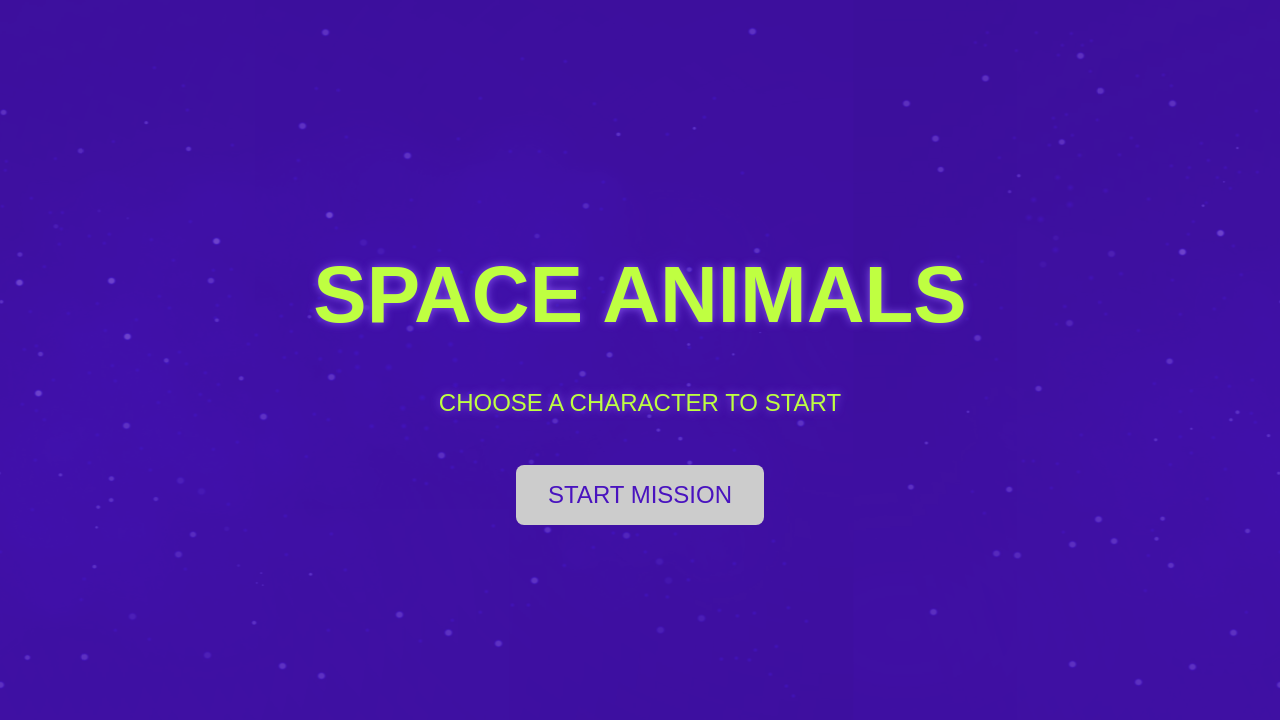
Repository: brunaguarizo/SpaceFarm
Page: index.html
The author's editor kept a copy of each file at every save. The page is drawn from the files as they stood at one save, then again after the next save.
The browser window is 1280 px wide. The pictures show the whole page.
Some web fonts or font styles are not loaded; a fallback is used.

Above is the page before, as saved 2025-04-27 16:25:21.

### index.html
<!DOCTYPE html>
<html lang="en">
    <head>
        <meta charset="UTF-8" />
        <meta
            name="viewport"
            content="width=device-width, initial-scale=1.0" />
        <title>Space Adventure</title>
        <link
            rel="stylesheet"
            href="styles.css" />

        <link
            rel="preconnect"
            href="https://fonts.googleapis.com" />
        <link
            rel="preconnect"
            href="https://fonts.gstatic.com"
            crossorigin />
        <link
            href="https://fonts.googleapis.com/css2?family=Ranchers&display=swap"
            rel="stylesheet" />
    </head>
    <body>
        <div id="game-container">
            <div class="scrolling-background"></div>
            <!-- ----------------------- CHARACTER SELESCTION SCREEN ----------------------- -->
            <div id="character-select">
                <h1>SPACE ANIMALS</h1>
                <div
                    id="instructions-container"
                    class="instructions-box">
                    <h3>HOW TO PLAY</h3>
                    <ul>
                        <li>Use the UP arrow key or W to move up</li>
                        <li>Use the DOWN arrow key or S to move down</li>
                        <li>Avoid colliding with planets</li>
                        <li>Score points by surviving longer</li>
                    </ul>
                    <button id="close-instructions">GOT IT!</button>
                </div>
                <div class="text">CHOOSE A CHARACTER TO START</div>
                <div class="character-options">
                    <div
                        class="character-option"
                        data-character="astronaut">
                        <div class="character-img">
                            <img
                                src="img/dog.png"
                                alt="Space Dog" />
                        </div>
                        <div class="character-label">SPACE DOG</div>
                    </div>
                    <div
                        class="character-option"
                        data-character="alien">
                        <div class="character-img">
                            <img
                                src="img/pig.png"
                                alt="Space Pig" />
                        </div>
                        <div class="character-label">SPACE PIG</div>
                    </div>
                    <div
                        class="character-option"
                        data-character="robot">
                        <div class="character-img">
                            <img
                                src="img/cat.png"
                                alt="Space Cat" />
                        </div>
                        <div class="character-label">SPACE CAT</div>
                    </div>
                </div>
                <button
                    id="confirm-btn"
                    disabled>
                    START MISSION
                </button>
            </div>

            <!-- ----------------------- GAME SCREEN ----------------------- -->

            <div id="game-screen">
                <div id="player"></div>
                <div id="score-container">
                    <div id="score">SCORE: 0</div>
                    <button id="pause-btn">PAUSE</button>
                </div>
            </div>

            <!-- ----------------------- PAUSE SCREEN ----------------------- -->

            <div id="pause-screen">
                <h2>GAME PAUSED</h2>
                <button id="resume-btn">RESUME</button>
            </div>

            <!-- ----------------------- GAME OVER SCREEN ----------------------- -->

            <div id="game-over">
                <h2>GAME OVER</h2>
                <div id="final-score">SCORE: 0</div>
                <button id="restart-btn">PLAY AGAIN</button>
            </div>
        </div>

        <script src="script.js"></script>
    </body>
</html>

### script.js
// Game variables
let selectedCharacter = "";
let score = 0;
let playerElement;
let gameRunning = false;
let isPaused = false;
let playerY;
let asteroids = [];
let gameLoopInterval;
let asteroidInterval;
let gameHeight;
let gameWidth;
let speedMultiplier = 1; // Added speed multiplier
let spawnIntervalMultiplier = 1; // Added spawn interval multiplier
const BASE_SPAWN_INTERVAL = 1500; // Base spawn interval in milliseconds

// Character image mapping - using the exact filenames from the img folder
const characterImages = {
    astronaut: "img/dog.png",
    alien: "img/pig.png",
    robot: "img/cat.png",
};

// Planet image options - using the exact filenames from the img folder
const planetImages = [
    "img/planet1.png",
    "img/planet2.png",
    "img/planet3.png",
    "img/planet4.png",
    "img/planet5.png",
    "img/planet6.png",
];

// DOM elements
const characterOptions = document.querySelectorAll(".character-option");
const confirmBtn = document.getElementById("confirm-btn");
const characterSelectScreen = document.getElementById("character-select");
const gameScreen = document.getElementById("game-screen");
const pauseBtn = document.getElementById("pause-btn");
const pauseScreen = document.getElementById("pause-screen");
const resumeBtn = document.getElementById("resume-btn");
const gameOverScreen = document.getElementById("game-over");
const finalScoreDisplay = document.getElementById("final-score");
const restartBtn = document.getElementById("restart-btn");
const scoreDisplay = document.getElementById("score");
const instructionsContainer = document.getElementById("instructions-container");
const closeInstructionsBtn = document.getElementById("close-instructions");

// Initialize the game
function init() {
    console.log("Game initializing...");

    // Character selection event listeners
    characterOptions.forEach((option) => {
        option.addEventListener("click", () => {
            console.log("Character option clicked:", option.dataset.character);
            // Remove selected class from all options
            characterOptions.forEach((opt) => opt.classList.remove("selected"));
            // Add selected class to clicked option
            option.classList.add("selected");
            // Store selected character
            selectedCharacter = option.dataset.character;
            // Enable confirm button
            confirmBtn.disabled = false;
            console.log("Selected character:", selectedCharacter);
        });
    });

    // Confirm button event listener
    confirmBtn.addEventListener("click", () => {
        console.log("Start button clicked, starting game...");
        startGame();
    });
    //Instructions Button listener and displays
    closeInstructionsBtn.addEventListener("click", () => {
        instructionsContainer.style.display = "none";
        // If you want to show the character selection options after closing instructions
        document.querySelector(".character-options").style.display = "flex";
        confirmBtn.style.display = "block";
    });
    // Initially show instructions and hide character selection
    document.querySelector(".character-options").style.display = "none";
    confirmBtn.style.display = "block";
    instructionsContainer.style.display = "none";

    // Pause button event listener
    pauseBtn.addEventListener("click", togglePause);

    // Resume button event listener
    resumeBtn.addEventListener("click", togglePause);

    // Restart button event listener
    restartBtn.addEventListener("click", restartGame);

    // Keyboard event listeners
    document.addEventListener("keydown", handleKeyPress);

    console.log("Game initialized successfully");
}

// Start the game
function startGame() {
    console.log("Starting game with character:", selectedCharacter);

    if (!selectedCharacter) {
        console.error("No character selected!");
        return;
    }

    // Hide character selection screen
    characterSelectScreen.style.display = "none";
    // Show game screen
    gameScreen.style.display = "block";

    // Set up player
    playerElement = document.getElementById("player");
    if (!playerElement) {
        console.error("Player element not found!");
        return;
    }

    const playerImagePath = characterImages[selectedCharacter];
    console.log("Loading player image:", playerImagePath);

    // Create image element with error handling
    const playerImg = document.createElement("img");
    playerImg.src = playerImagePath;
    playerImg.alt = "Player";
    playerImg.onerror = function () {
        console.error("Error loading player image:", playerImagePath);
        // Fallback to text if image fails to load
        playerElement.innerHTML = "Player";
    };
    playerElement.innerHTML = "";
    playerElement.appendChild(playerImg);

    // Initialize variables
    gameHeight = window.innerHeight;
    gameWidth = window.innerWidth;
    score = 0;
    speedMultiplier = 1; // Reset speed multiplier
    spawnIntervalMultiplier = 1; // Reset spawn interval multiplier
    updateScore();
    playerY = gameHeight / 2;
    gameRunning = true;
    isPaused = false;
    asteroids = [];

    // Position player
    updatePlayerPosition();

    // Start game loop
    gameLoopInterval = setInterval(gameLoop, 16); // ~60fps

    // Start spawning planets
    spawnPlanet(); // Spawn first planet immediately
    asteroidInterval = setInterval(spawnPlanet, BASE_SPAWN_INTERVAL);

    console.log("Game started successfully");
}

// Game loop
function gameLoop() {
    if (!gameRunning || isPaused) return;

    // Move planets
    movePlanets();

    // Check collisions
    checkCollisions();
}

// Handle keyboard input
function handleKeyPress(e) {
    if (!gameRunning || isPaused) return;

    const moveDistance = 60; // Increased for even faster movement

    if (e.key === "ArrowUp" || e.key === "w") {
        // Move up
        playerY = Math.max(125, playerY - moveDistance);
        updatePlayerPosition();
    } else if (e.key === "ArrowDown" || e.key === "s") {
        // Move down
        playerY = Math.min(gameHeight - 125, playerY + moveDistance);
        updatePlayerPosition();
    }
}

// Update player position on screen
function updatePlayerPosition() {
    playerElement.style.left = `${gameWidth * 0.2}px`;
    playerElement.style.top = `${playerY}px`;
}

// Spawn a new planet
function spawnPlanet() {
    if (!gameRunning || isPaused) return;

    // Create planet element
    const planet = document.createElement("div");
    planet.classList.add("asteroid"); // Keep the same class for styling

    // Set random planet type
    const planetType =
        planetImages[Math.floor(Math.random() * planetImages.length)];
    console.log("Loading planet image:", planetType);

    // Create image element with error handling
    const planetImg = document.createElement("img");
    planetImg.src = planetType;
    planetImg.alt = "Planet";
    planetImg.onerror = function () {
        console.error("Error loading planet image:", planetType);
        // Fallback to text if image fails to load
        planet.innerHTML = "Planet";
    };
    planet.appendChild(planetImg);

    // Set random position (y-axis)
    const planetY = Math.random() * (gameHeight - 100) + 50;

    // Set planet properties
    planet.style.left = `${gameWidth}px`;
    planet.style.top = `${planetY}px`;

    // Add to game screen
    gameScreen.appendChild(planet);

    // Calculate base speed and apply multiplier
    const baseSpeed = Math.random() * 2 + 3; // Base speed between 3-5
    const finalSpeed = baseSpeed * speedMultiplier;

    // Add to asteroids array
    asteroids.push({
        element: planet,
        x: gameWidth,
        y: planetY,
        speed: finalSpeed,
        passed: false,
    });
}

// Move all planets
function movePlanets() {
    for (let i = asteroids.length - 1; i >= 0; i--) {
        // Exit if game is no longer running (e.g., after collision)
        if (!gameRunning || isPaused) return;

        const planet = asteroids[i];

        // Move planet
        planet.x -= planet.speed;
        planet.element.style.left = `${planet.x}px`;

        // Check if planet passed the player
        if (!planet.passed && planet.x < 100) {
            planet.passed = true;
            score += 10;
            updateScore();
        }

        // Remove planet if it's off-screen
        if (planet.x < -50) {
            gameScreen.removeChild(planet.element);
            asteroids.splice(i, 1);
        }
    }
}

// Check for collisions
function checkCollisions() {
    const playerRect = {
        x: gameWidth * 0.2 + 50, // Adjust left position to target character center
        y: playerY - 30, // Adjust top position to target character center
        width: 100, // Smaller width for more accurate collision
        height: 100, // Smaller height for more accurate collision
    };

    for (const planet of asteroids) {
        const planetRect = {
            x: planet.x,
            y: planet.y - 30,
            width: 60,
            height: 60,
        };

        // Check if player and planet rectangles intersect
        if (
            playerRect.x < planetRect.x + planetRect.width &&
            playerRect.x + playerRect.width > planetRect.x &&
            playerRect.y < planetRect.y + planetRect.height &&
            playerRect.y + playerRect.height > planetRect.y
        ) {
            // Collision detected
            gameOver();
            return;
        }
    }
}

// Update score display
function updateScore() {
    scoreDisplay.textContent = `Score: ${score}`;
    // Increase speed multiplier based on score
    speedMultiplier = 1 + score * 0.01;
    // Decrease spawn interval multiplier based on score
    spawnIntervalMultiplier = Math.max(0.3, 1 - score * 0.005); // Minimum interval multiplier of 0.3

    // Update the spawn interval if the game is running
    if (gameRunning && !isPaused) {
        clearInterval(asteroidInterval);
        const newInterval = BASE_SPAWN_INTERVAL * spawnIntervalMultiplier;
        asteroidInterval = setInterval(spawnPlanet, newInterval);
    }
}

// Toggle pause state
function togglePause() {
    isPaused = !isPaused;

    if (isPaused) {
        pauseScreen.style.display = "flex";
        clearInterval(asteroidInterval);
    } else {
        pauseScreen.style.display = "none";
        // Resume with current spawn interval
        asteroidInterval = setInterval(
            spawnPlanet,
            BASE_SPAWN_INTERVAL * spawnIntervalMultiplier
        );
    }
}

// Game over
function gameOver() {
    gameRunning = false;

    // Clear intervals
    clearInterval(gameLoopInterval);
    clearInterval(asteroidInterval);

    // Remove all planets
    asteroids.forEach((planet) => {
        gameScreen.removeChild(planet.element);
    });
    asteroids = [];

    // Update final score
    finalScoreDisplay.textContent = `Final Score: ${score}`;

    // Show game over screen
    gameOverScreen.style.display = "flex";
}

// Restart game
function restartGame() {
    // Clear planets
    asteroids.forEach((planet) => {
        if (planet.element.parentNode) {
            planet.element.parentNode.removeChild(planet.element);
        }
    });

    // Hide game over screen
    gameOverScreen.style.display = "none";

    // Go back to character selection
    gameScreen.style.display = "none";
    characterSelectScreen.style.display = "flex";

    // Reset character selection
    characterOptions.forEach((opt) => opt.classList.remove("selected"));
    confirmBtn.disabled = true;
    selectedCharacter = "";
}

// Initialize the game when the page loads
window.addEventListener("load", init);

Loaded but not shown: styles.css (403 lines, source omitted)

After the next save:
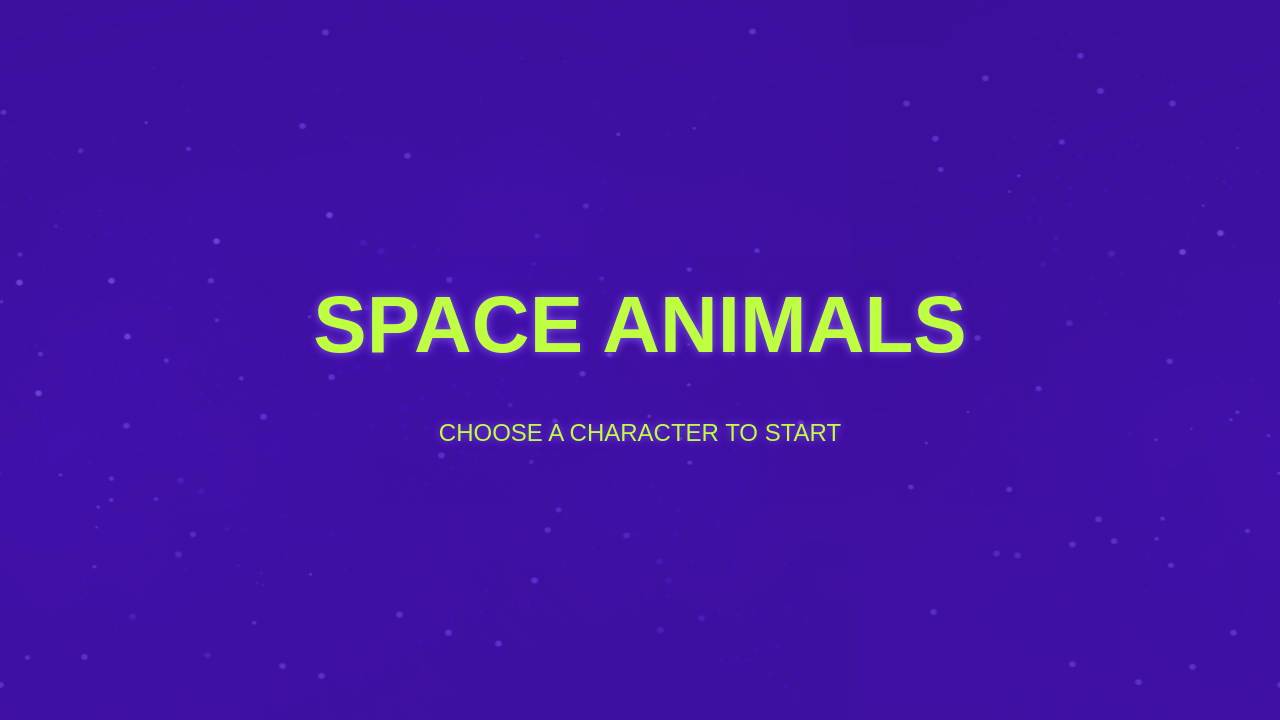
Saved 10 s later.
--- a/script.js
+++ b/script.js
@@ -80,7 +80,7 @@
     });
     // Initially show instructions and hide character selection
     document.querySelector(".character-options").style.display = "none";
-    confirmBtn.style.display = "block";
+    confirmBtn.style.display = "none";
     instructionsContainer.style.display = "none";
 
     // Pause button event listener

After the save that followed:
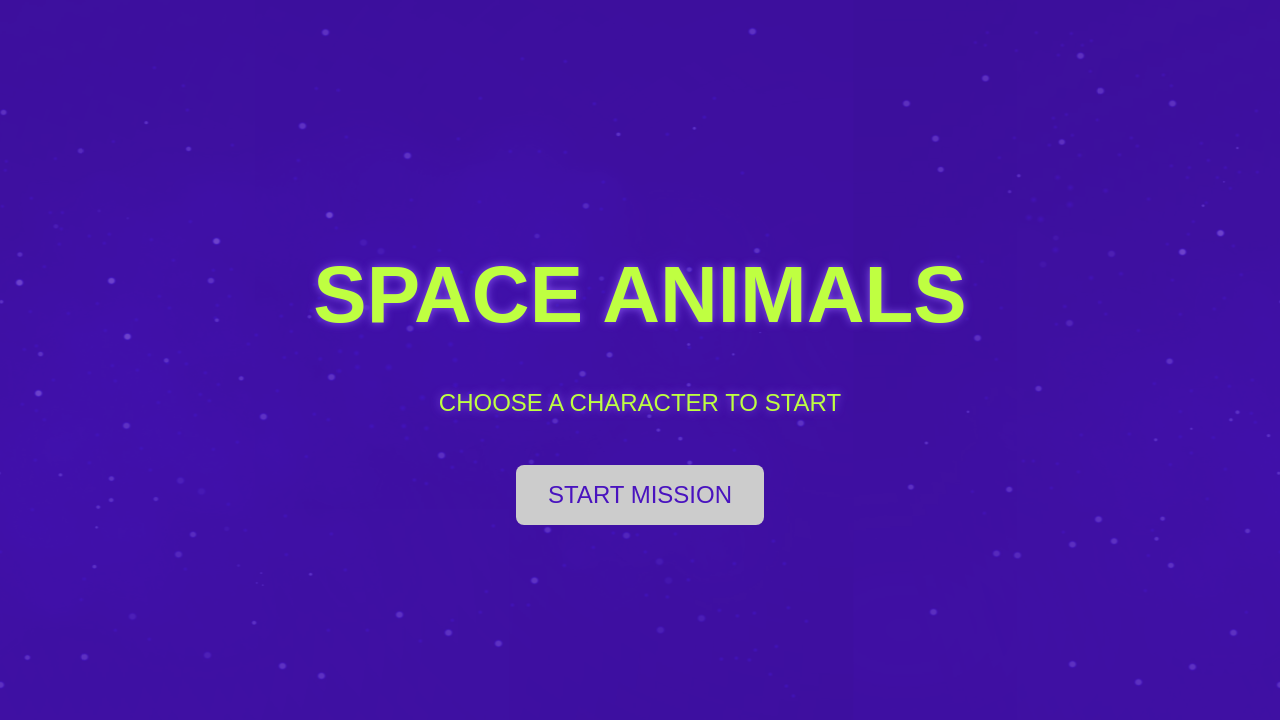
Saved 4 s later.
--- a/script.js
+++ b/script.js
@@ -80,7 +80,7 @@
     });
     // Initially show instructions and hide character selection
     document.querySelector(".character-options").style.display = "none";
-    confirmBtn.style.display = "none";
+    confirmBtn.style.display = "block";
     instructionsContainer.style.display = "none";
 
     // Pause button event listener
